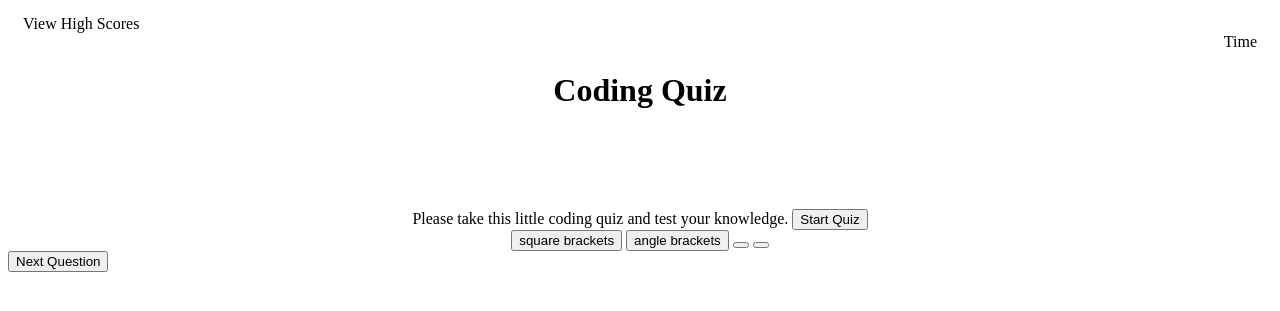
Repository: Naomilounsbury/code-quiz
Page: index.html
These files come from the project's save history. The page is drawn as it stood at one moment and after the next save; the edit follows.
The browser window is 1280 px wide. The pictures show the whole page.
After loading, the first visible `button` was clicked once.

Above is the page before, as saved 2021-11-27 17:01:48.

After the next save:
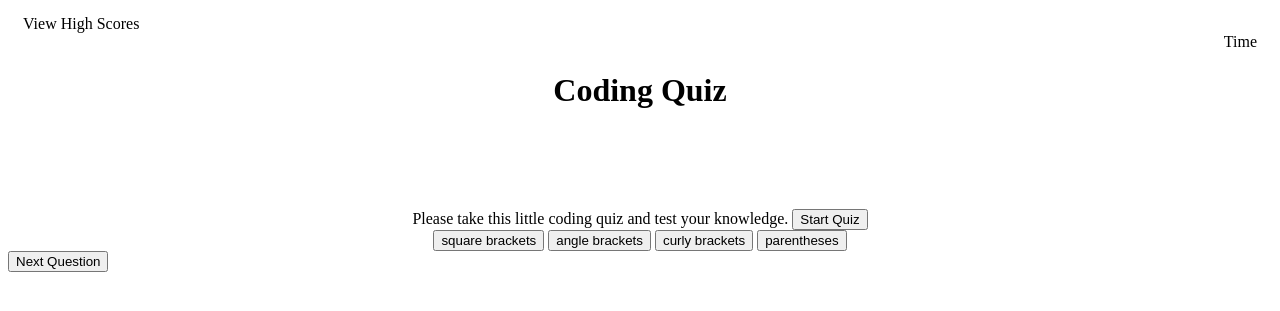
Saved 95 s later.
--- a/assets/js/script.js
+++ b/assets/js/script.js
@@ -10,8 +10,8 @@ var onStartQuiz = function(){
     //I dont know why these arent working and I'm crying
     document.getElementById("a").textContent = currentQuestion.a
     document.getElementById("b").textContent = currentQuestion.b
-    document.getElementById("c").textContext = currentQuestion.c
-    document.getElementById("d").textContext = currentQuestion.d
+    document.getElementById("c").textContent = currentQuestion.c
+    document.getElementById("d").textContent = currentQuestion.d
 //create a separate onclick that changes the current question to something else
 //create a next question button that will go on to the next question and save your answer
    console.log("hello")
